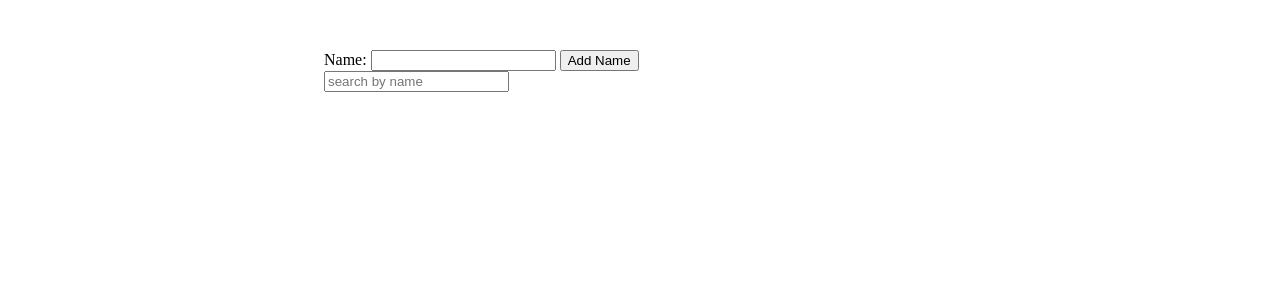
Repository: Theracon/Simple-mysql-node-app
Page: client/index.html
These files come from the project's save history. The page is drawn as it stood at one moment and after the next save; the edit follows.
The browser window is 1280 px wide. The pictures show the whole page.

Above is the page before, as saved 2021-06-04 09:09:26.

### client/index.html
<!DOCTYPE html>
<html lang="en">

<head>
    <meta charset="UTF-8">
    <meta http-equiv="X-UA-Compatible" content="IE=edge">
    <meta name="viewport" content="width=device-width, initial-scale=1.0">
    <link rel="stylesheet" href="stylesheet.css">
    <title>MySQL Node App</title>
</head>

<body>
    <main>
        <label>Name:</label>
        <input type="text" id="name-input">
        <button>Add Name</button>

        <div>
            <input type="text" placeholder="search by name" id="search-input">
        </div>
    </main>

    <script src="app.js"></script>
</body>

</html>

### client/stylesheet.css
main {
    width: 50%;
    margin: 50px auto;
}

Loaded but not shown: client/app.js (no copy from this time; the picture is the same without it)

After the next save:
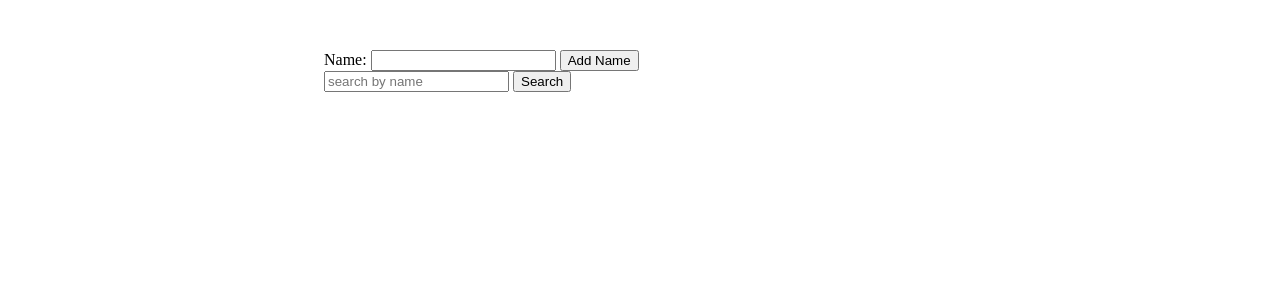
Saved 40 s later.
--- a/client/index.html
+++ b/client/index.html
@@ -17,6 +17,7 @@
 
         <div>
             <input type="text" placeholder="search by name" id="search-input">
+            <button>Search</button>
         </div>
     </main>
 
